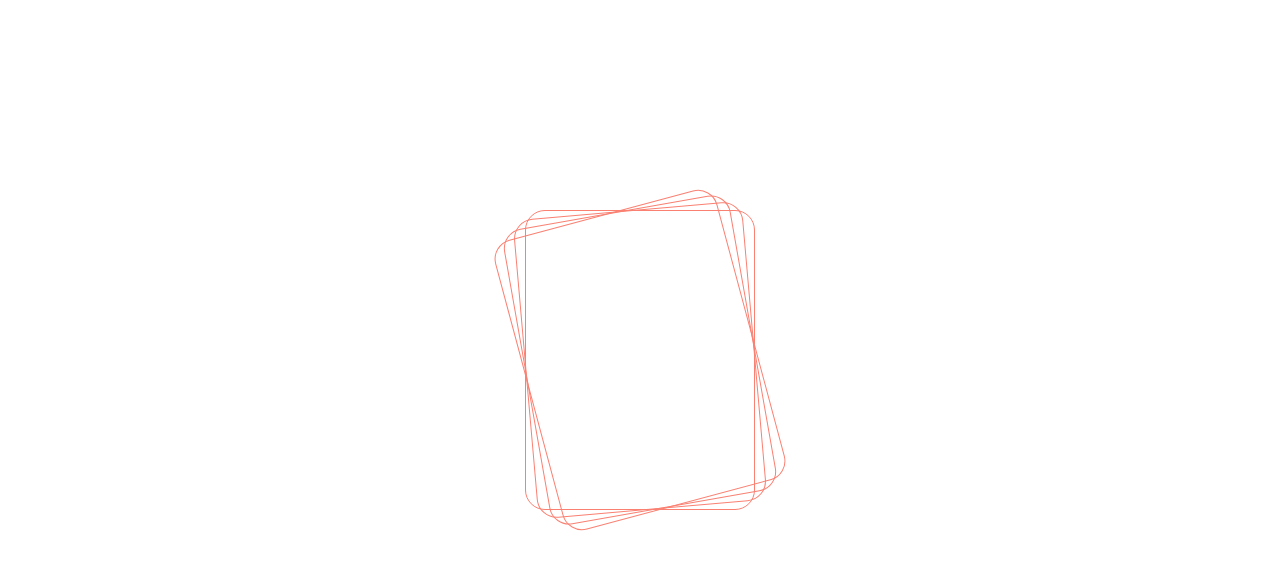
Repository: Chiranshukapil/html_css
Page: cards/index.html
The author's editor kept a copy of each file at every save. The page is drawn from the files as they stood at one save, then again after a run of saves.
The browser window is 1280 px wide. The pictures show the whole page.

Above is the page before, as saved 2024-06-09 00:17:50.

After the next 4 saves:
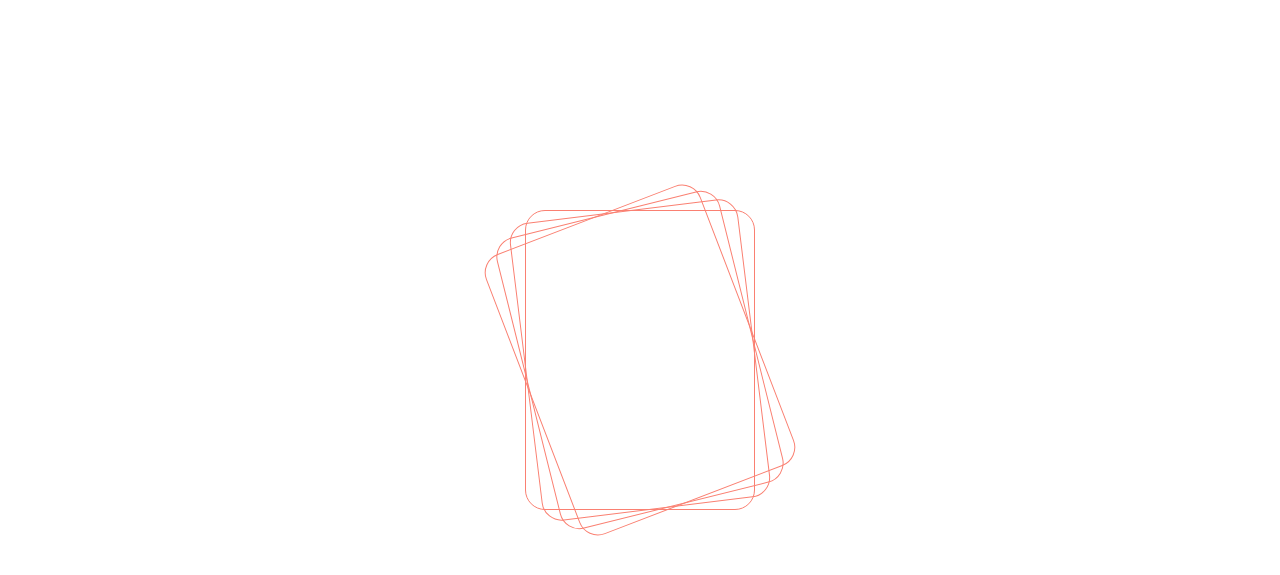
The 4 saves are shown as one change because they came seconds apart.
The last was saved 18 s later.
--- a/cards/style.css
+++ b/cards/style.css
@@ -37,15 +37,15 @@ html,body{
 #card2{
     z-index: 3;
     transform-origin: center;
-    rotate: -5deg;
+    rotate: -7deg;
 }
 #card3{
     z-index: 2;
     transform-origin: center;
-    rotate: -10deg;
+    rotate: -14deg;
 }
 #card4{
     transform-origin: center;
     z-index: 1;
-    rotate: -15deg;
+    rotate: -21deg;
 }
